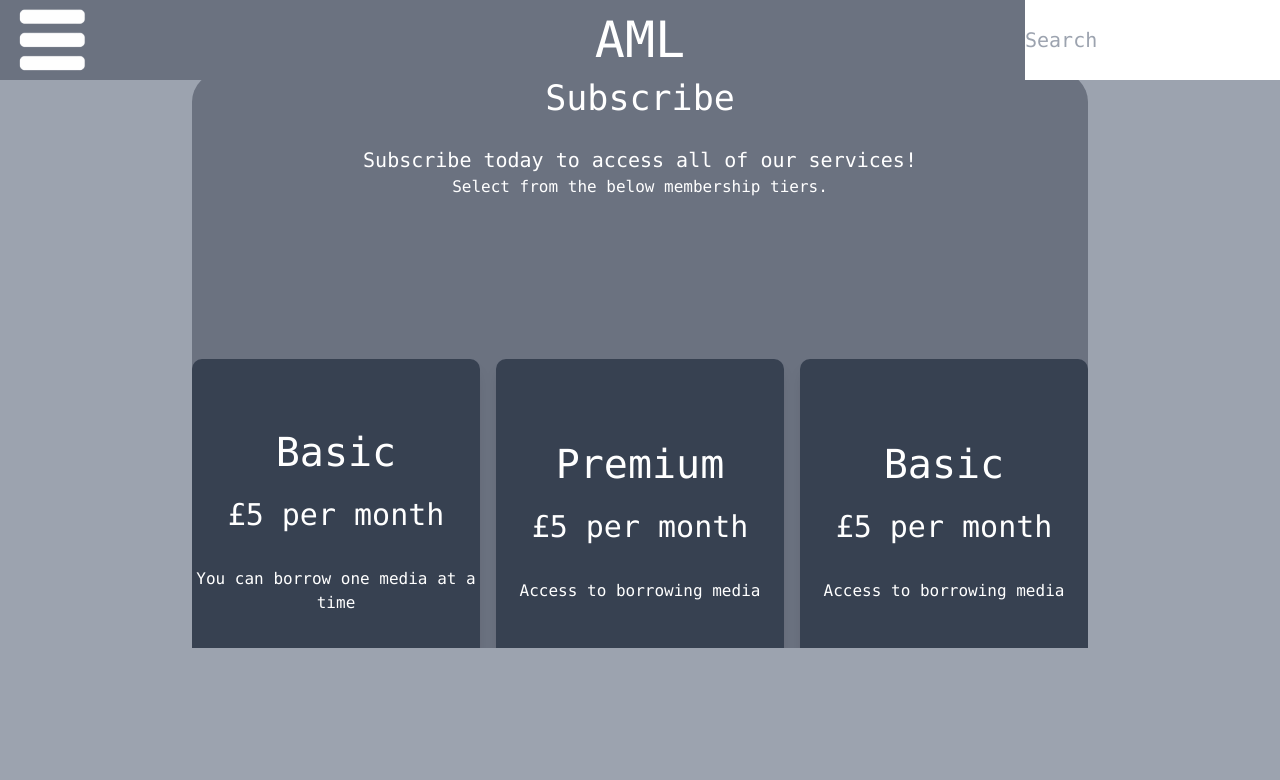
Repository: DuyKhanhDo/AML-Concept
Page: http://localhost/subscribe
These files come from the project's save history. The page is drawn as it stood at one moment and after the next save; the edit follows.
The browser window is 1280 px wide. The pictures show the whole page.
Some web libraries are served in a nearby version. The page is served by the project's Laravel application, run on PHP 8.4 with Laravel 12. A made-up administrator, Test User (test@example.com), is signed in. Other server files are loaded and not shown.

Above is the page before, as saved 2024-11-11 13:04:14.

### routes/web.php
<?php

use App\Http\Controllers\RegisterController;
use App\Http\Controllers\LogInController;
use App\Http\Controllers\ProfileController;
use App\Http\Controllers\SubscriptionController;
use Illuminate\Support\Facades\Route;
use Illuminate\Support\Facades\Auth;

Auth::routes();

Route::get('/', function () {
    return view('catalogue');
});

Route::get('/login', [LogInController::class, 'LogInView'])->name('login');
Route::post('/submit-login', [LogInController::class, 'Submit'])->name('submit.login');

Route::get('/register', [RegisterController::class, 'RegisterView'])->name('register');
Route::post('/submit-register', [RegisterController::class, 'Submit'])->name('submit.register');

Route::get('/subscribe', [SubscriptionController::class, 'SubscribeView'])->name('subscribe');

Route::post('/logout', function(){
    Auth::logout();
    return redirect()->back();
})->name('logout');

### app/Models/User.php
<?php

namespace App\Models;

use Illuminate\Auth\Middleware\Authenticate;
use Illuminate\Database\Eloquent\Model;
use Illuminate\Foundation\Auth\User as Authenticatable;
use Illuminate\Notifications\Notifiable;

class User extends Authenticatable
{
    use Notifiable;
    public $timestamps = false;

    protected $table = 'Users';

    protected $fillable = ['name', 'email', 'password', 'dob'];
};

### app/Http/Controllers/SubscriptionController.php
<?php

namespace App\Http\Controllers;

use Illuminate\Http\Request;

class SubscriptionController extends Controller
{
    public function __construct()
    {
        $this->middleware('auth');
    }

    public function SubscribeView()
    {
        return view('subscribe');
    }
}

### resources/views/subscribe.blade.php
<x-base>
    <x-slot:content>
        <main class="flex justify-center items-center h-screen">
            <div class="absolute top-[5vh] bg-gray-500 w-[70vw] h-[80vh] mt-[5vh] rounded-[30px] flex items-center flex-col">
                <h1 class="text-[35px]">Subscribe</h1>
                <h3 class="text-[20px] mt-[20px]">Subscribe today to access all of our services!</h3>
                <h5>Select from the below membership tiers.</h5>
                <div class="flex overflow-x-auto w-full space-x-4 justify-center">
                    <x-subscription-tier tier='Basic' price='£5' benefits='You can borrow one media at a time'></x-subscription-tier>
                    <x-subscription-tier tier='Premium' price='£5' benefits='Access to borrowing media'></x-subscription-tier>
                    <x-subscription-tier tier='Basic' price='£5' benefits='Access to borrowing media'></x-subscription-tier>
                </div>
            </div>
        </main>
    </x-slot>
</x-base>

### resources/views/components/subscription-tier.blade.php
<button class="bg-gray-700 rounded-[10px] w-[20rem] h-[20rem] shadow-lg mt-[10rem]">
    <h2 class="text-[40px] mb-[10px]">{{ $tier }}</h2>
    <h2 class="text-[30px] mb-[30px]">{{ $price }} per month</h2>
    <h3>{{ $benefits }}</h3>
</button>

### resources/views/components/base.blade.php
<!DOCTYPE html>
<html lang="en">
<head>
    <meta charset="UTF-8">
    <meta name="viewport" content="width=device-width, initial-scale=1.0">
    <title>AML</title>
    <script src="https://cdn.tailwindcss.com"></script>
</head>
<body class="bg-gray-400 font-mono">
    <x-navigation-bar></x-navigation-bar>
    <main class="mt-[5vh] text-white text-center">
        {{ $content }}
    </main>
</body>
</html>

### resources/views/components/navigation-bar.blade.php
<div class="fixed left-0 top-0 w-full h-[5rem] flex items-center justify-center bg-gray-500 m-0 p-0 box-border font-mono z-50">
    <button id="toggle-sidebar" class="absolute left-0 ml-[10px] h-full"><img class="h-full" draggable="false" src="{{ asset('assets/sidebar-img.png') }}" alt=""></button>
    <h1 class="text-[50px] text-white">AML</h1>
    <input type="text" class="absolute right-0 ml-[10px] h-full radius-[20px] text-[20px]" placeholder="Search">
</div>
<div id="sidebar" class="fixed left-0 top-[5rem] bg-gray-500 w-[20rem] h-[95vh] flex flex-col opacity-0 z-50 transition-opacity duraction-900">
    <ul class="text-center text-white w-full flex items-center">
        <x-side-bar-btn :csrf=false method="GET" route="/" name="Catalogue"></x-side-bar-btn>
    </ul>
    <ul class="absolute bottom-0 flex flex-col text-center text-white w-full flex items-center">
        @if (Auth::check())
            <x-side-bar-btn :csrf=true method="POST" route="{{ route('logout') }}" name="Sign out"></x-side-bar-btn>
        @else
            <x-side-bar-btn :csrf=false method="GET" route="{{ route('login') }}" name="Log in"></x-side-bar-btn>
            <x-side-bar-btn :csrf=false method="GET" route="{{ route('register') }}" name="Register"></x-side-bar-btn>
        @endif
    </ul>
</div>

<script>
    const button = document.getElementById('toggle-sidebar')
    const sidebar = document.getElementById('sidebar')

    button.addEventListener('click',function(){
        sidebar.classList.toggle('opacity-0');
        sidebar.classList.toggle('opacity-100');
    })
</script>

### resources/views/components/side-bar-btn.blade.php
<form class="w-full" method="{{ $method }}" action='{{ $route }}'>
    @if ($csrf == true)
        @csrf
    @endif

    <li class="mx-auto bg-gray-700 w-full h-[5rem] mb-[10px] flex items-center justify-center">
        <button type="submit" class="font-mono text-[30px] w-full">
            {{ $name }}
        </button>
    </li>
</form>

Loaded but not shown: app/Http/Controllers/Auth/ConfirmPasswordController.php (common file); app/Http/Controllers/Controller.php (common file)

After the next save:
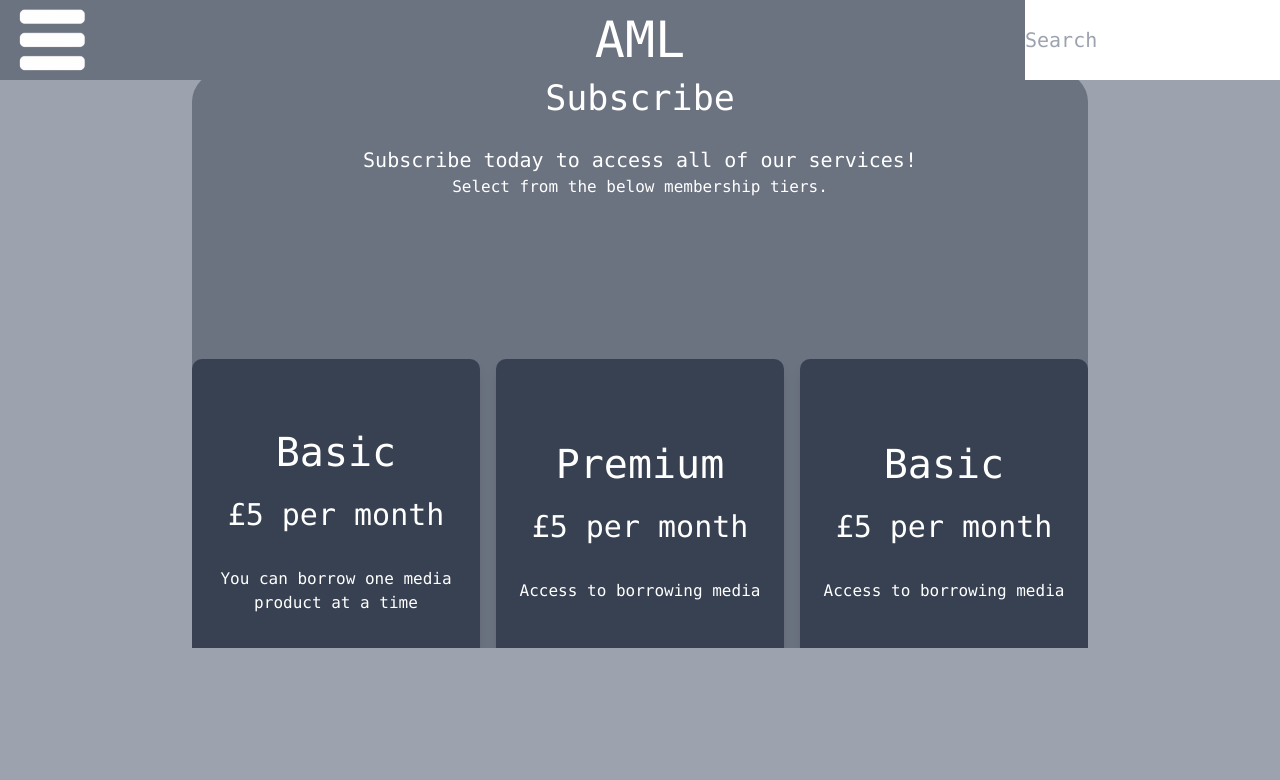
Saved 6 s later.
--- a/resources/views/subscribe.blade.php
+++ b/resources/views/subscribe.blade.php
@@ -6,7 +6,7 @@
                 <h3 class="text-[20px] mt-[20px]">Subscribe today to access all of our services!</h3>
                 <h5>Select from the below membership tiers.</h5>
                 <div class="flex overflow-x-auto w-full space-x-4 justify-center">
-                    <x-subscription-tier tier='Basic' price='£5' benefits='You can borrow one media at a time'></x-subscription-tier>
+                    <x-subscription-tier tier='Basic' price='£5' benefits='You can borrow one media product at a time'></x-subscription-tier>
                     <x-subscription-tier tier='Premium' price='£5' benefits='Access to borrowing media'></x-subscription-tier>
                     <x-subscription-tier tier='Basic' price='£5' benefits='Access to borrowing media'></x-subscription-tier>
                 </div>
